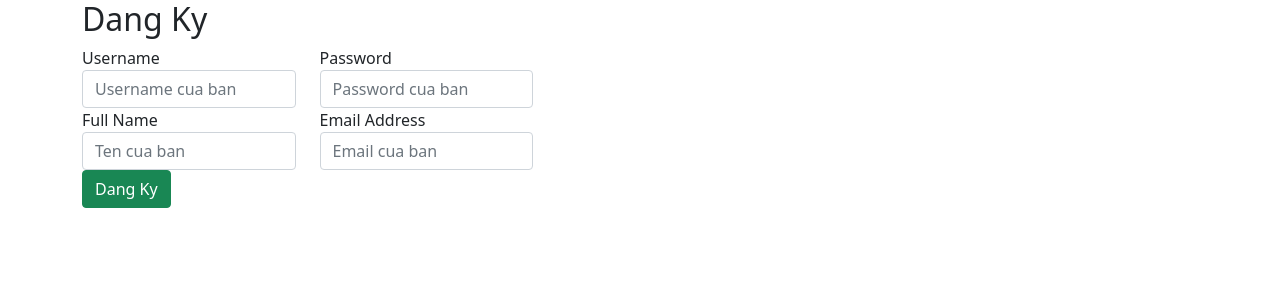
Repository: kiennd3921/AssJava4
Page: http://localhost/Assignment/view/auth/DangKy.jsp
The author's editor kept a copy of each file at every save. The page is drawn from the files as they stood at one save, then again after the next save.
The browser window is 1280 px wide. The pictures show the whole page.
The page is served by Tomcat 9. Other server files are loaded and not shown.

Above is the page before, as saved 2021-04-17 15:15:50.

### PT15307-UD/Assignment/WebContent/view/auth/DangKy.jsp
<%@ page language="java" contentType="text/html; charset=ISO-8859-1"
	pageEncoding="UTF-8"%>
<!DOCTYPE html>
<html>
<head>
<meta charset="UTF-8">
<meta name="viewport" content="width = device-width, initial-scale=1.0">
<title>Insert title here</title>
<%@ taglib uri="http://java.sun.com/jstl/core_rt" prefix="c"%>
<link rel="stylesheet" type="text/css">
<link
	href="https://cdn.jsdelivr.net/npm/bootstrap@5.0.0-beta2/dist/css/bootstrap.min.css"
	rel="stylesheet"
	integrity="sha384-BmbxuPwQa2lc/FVzBcNJ7UAyJxM6wuqIj61tLrc4wSX0szH/Ev+nYRRuWlolflfl"
	crossorigin="anonymous">

</head>
<body>
	<div class="container">
		<div class="row">
			<div class="col-md-5">
				<form>
					<h2>Dang Ky</h2>
					<div class="row">
						<div class="col">
							<label>Username</label> <input type="text" class="form-control"
								placeholder="Username cua ban" required name="">
						</div>
						<div class="col">
							<label>Password</label> <input type="password"
								class="form-control" placeholder="Password cua ban" required
								name="">
						</div>
					</div>
					<div class="row">
						<div class="col">
							<label>Full Name</label> <input type="text" class="form-control"
								placeholder="Ten cua ban" required name="">
						</div>
						<div class="col">
							<label>Email Address</label> <input type="email"
								class="form-control" placeholder="Email cua ban" required
								name="">
						</div>
					</div>
					<div class="form-group">
						<button class="btn btn-success" type="submit">Dang Ky</button>
					</div>
				</form>
			</div>
		</div>
	</div>
</body>
</html>

After the next save:
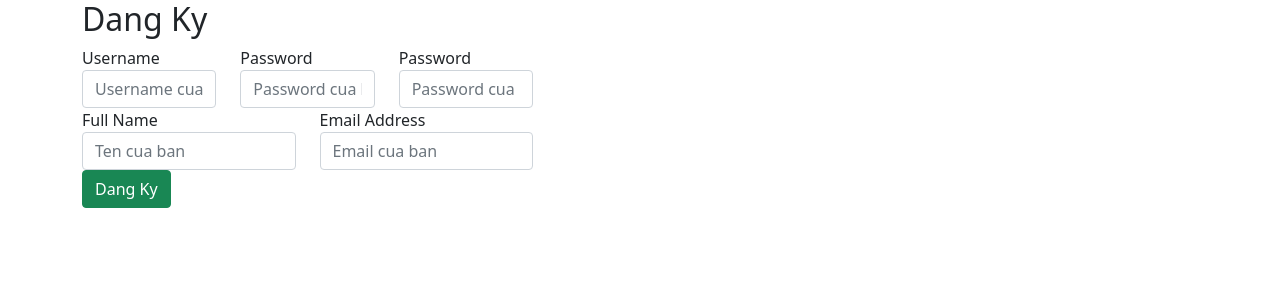
Saved 15 min 21 s later.
--- a/PT15307-UD/Assignment/WebContent/view/auth/DangKy.jsp
+++ b/PT15307-UD/Assignment/WebContent/view/auth/DangKy.jsp
@@ -31,6 +31,11 @@
 								class="form-control" placeholder="Password cua ban" required
 								name="">
 						</div>
+						<div class="col">
+							<label>Password</label> <input type="password"
+								class="form-control" placeholder="Password cua ban" required
+								name="">
+						</div>
 					</div>
 					<div class="row">
 						<div class="col">
